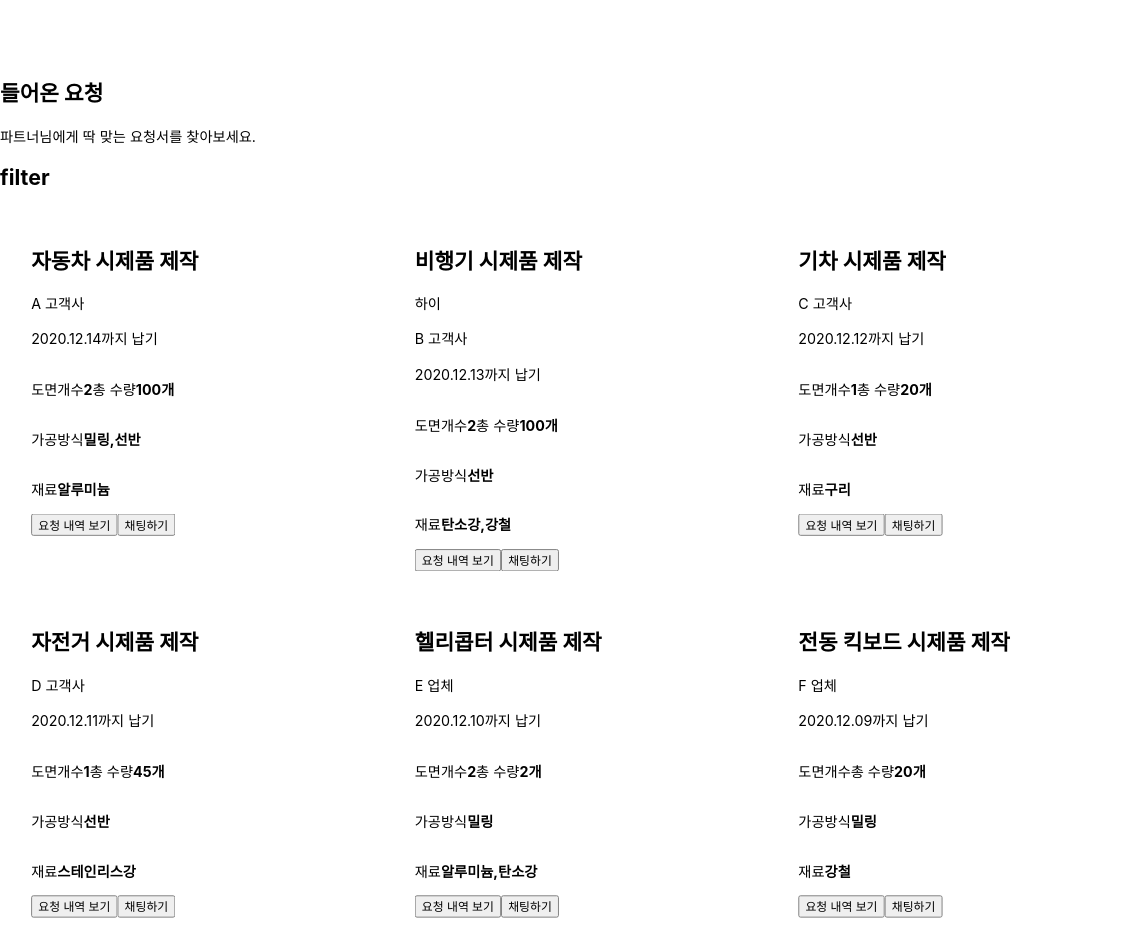
Repository: seoulsaram/capa
Page: /
These files come from the project's save history. The page is drawn as it stood at one moment and after the next save; the edit follows.
The browser window is 1280 px wide. The pictures show the whole page, at 89% of full size.
The project was rebuilt for these pictures with package versions that can differ from the ones it lists, and the page was loaded fresh each time. Requests to the local data server were answered from the project's data file. Also part of the build but not shown: src/App.css, src/components/filter/filter.module.css, src/components/item_container/item_container.module.css.

Above is the page before, as saved 2021-03-05 22:05:24.

### public/index.html
<!DOCTYPE html>
<html lang="en">
  <head>
    <meta charset="utf-8" />
    <link rel="icon" href="%PUBLIC_URL%/favicon.ico" />
    <meta name="viewport" content="width=device-width, initial-scale=1" />
    <meta name="theme-color" content="#000000" />
    <meta name="description" content="Web site created using create-react-app" />

    <title>React App</title>
  </head>
  <body>
    <noscript>You need to enable JavaScript to run this app.</noscript>
    <div id="root"></div>
  </body>
</html>

### src/index.js
import React from "react";
import ReactDOM from "react-dom";
import "./index.css";
import App from "./app";
import RequestInfo from "./service/request_info";

const requestInfo = new RequestInfo();

ReactDOM.render(
  <React.StrictMode>
    <App requestInfo={requestInfo} />
  </React.StrictMode>,
  document.getElementById("root")
);

### src/App.js
import "./app.css";
import Header from "./components/header/header";
import ItemContainer from "./components/item_container/item_container";
import RequestBox from "./components/request_box/request_box";

function App({ requestInfo }) {
  return (
    <div>
      <Header />
      <ItemContainer requestInfo={requestInfo} />
    </div>
  );
}

export default App;

### src/service/request_info.js
class RequestInfo {
  constructor() {
    this.getrequestOptions = {
      method: "GET",
    };
  }

  async getInfo() {
    const response = await fetch("http://localhost:3002/requests", this.getrequestOptions);
    const res = await response.json();
    return res;
  }
}

export default RequestInfo;

### src/components/header/header.js
import React, { memo } from "react";
import styles from "./header.module.css";

const Header = (props) => (
  <div className={styles.header}>
    <div className={styles.headerLeft}>
      <p>CAPA</p>
      <p>파트너스</p>
    </div>
    <div className={styles.headerRight}>
      <p>A가공업체</p>
      <div className={styles.line}></div>
      <p>로그아웃</p>
    </div>
  </div>
);

export default Header;

### src/components/item_container/item_container.js
import React, { useEffect, useState } from "react";
import Filter from "../filter/filter";
import RequestBox from "../request_box/request_box";
import styles from "./item_container.module.css";

const ItemContainer = ({ requestInfo }) => {
  const [reqInfo, setReqInfo] = useState([]);

  useEffect(() => {
    requestInfo.getInfo().then((info) => setReqInfo(info));
  }, [requestInfo]);

  return (
    <section className={styles.section}>
      <h2>들어온 요청</h2>
      <p>파트너님에게 딱 맞는 요청서를 찾아보세요.</p>
      <Filter reqInfo={reqInfo} />
      <RequestBox reqInfo={reqInfo} />
    </section>
  );
};

export default ItemContainer;

### src/components/request_box/request_box.jsx
import React from "react";
import styles from "./request_box.module.css";

const RequestBox = ({ reqInfo }) => {
  return (
    <ul className={styles.cards}>
      {reqInfo.map((info) => (
        <div key={info.id} className={styles.card}>
          <div className={styles.top}>
            <div className={styles.titleContainer}>
              <h2>{info.title}</h2>
              {info.status === "상담중" && <div>하이</div>}
            </div>
            <p>{info.client}</p>
            <p>{info.due}까지 납기</p>
          </div>
          <div className={styles.line}></div>
          <div className={styles.bottom}>
            <p>
              도면개수<b>{info.count}</b>총 수량<b>{info.amount}개</b>
            </p>
            <p>
              가공방식<b>{info.method.join(",")}</b>
            </p>
            <p>
              재료<b>{info.material.join(",")}</b>
            </p>
          </div>
          <div className={styles.btnContainer}>
            <button>요청 내역 보기</button>
            <button>채팅하기</button>
          </div>
        </div>
      ))}
    </ul>
  );
};

export default RequestBox;

// {
//     "id": 1,
//     "title": "자동차 시제품 제작",
//     "client": "A 고객사",
//     "due": "2020.12.14",
//     "count": 2,
//     "amount": 100,
//     "method": ["밀링", "선반"],
//     "material": ["알루미늄"],
//     "status": "대기중"
//   },

### src/components/header/header.module.css
@value MakeBlue from '../../common/color.css';

.header {
  display: flex;
  justify-content: space-between;
  padding: 5px 20px;
  background-color: MakeBlue;
  color: white;
}

.headerLeft {
  display: flex;
  align-items: center;
}

.headerRight {
  display: flex;
  align-items: center;
}

.line {
  width: 2px;
  height: 50%;
  background-color: white;
  margin: 0px 14px;
}

### src/components/filter/filter.js
import React from "react";
import styles from "./filter.module.css";

const Filter = ({ requestInfo }) => <h1>filter</h1>;

export default Filter;

### src/components/request_box/request_box.module.css
@value MakeBlue,MakeBlack,MakeLightBlue,MakeGrey,MakeLightGrey,MakeYellow from '../../common/color.css';
* {
  box-sizing: border-box;
}
.cards {
  display: flex;
  justify-content: space-between;
  flex-wrap: wrap;
  margin: 10px;
}

ul {
  margin: 0;
  padding: 0;
}

.card {
  width: 30%;
  border: 1px solid MakeLightGrey;
  border-radius: 3px;
  padding: 10px 15px;
  margin: 10px;
}

.card:hover {
  border: 1px solid MakeLightBlue;
}

.line {
  width: 90%;
  height: 1px;
  background-color: MakeLightGrey;
}

.bottom {
  display: flex;
  flex-direction: column;
}

### db.json
{
  "requests": [
    {
      "id": 1,
      "title": "자동차 시제품 제작",
      "client": "A 고객사",
      "due": "2020.12.14",
      "count": 2,
      "amount": 100,
      "method": ["밀링", "선반"],
      "material": ["알루미늄"],
      "status": "대기중"
    },
    {
      "id": 2,
      "title": "비행기 시제품 제작",
      "client": "B 고객사",
      "due": "2020.12.13",
      "count": 2,
      "amount": 100,
      "method": ["선반"],
      "material": ["탄소강", "강철"],
      "status": "상담중"
    },
    {
      "id": 3,
      "title": "기차 시제품 제작",
      "client": "C 고객사",
      "due": "2020.12.12",
      "count": 1,
      "amount": 20,
      "method": ["선반"],
      "material": ["구리"],
      "status": "대기중"
    },
    {
      "id": 4,
      "title": "자전거 시제품 제작",
      "client": "D 고객사",
      "due": "2020.12.11",
      "count": 1,
      "amount": 45,
      "method": ["선반"],
      "material": ["스테인리스강"],
      "status": "대기중"
    },
    {
      "id": 5,
      "title": "헬리콥터 시제품 제작",
      "client": "E 업체",
      "due": "2020.12.10",
      "count": 2,
      "amount": 2,
      "method": ["밀링"],
      "material": ["알루미늄", "탄소강"],
      "status": "대기중"
    },
    {
      "id": 6,
      "title": "전동 킥보드 시제품 제작",
      "client": "F 업체",
      "due": "2020.12.09",
      "docs": 1,
      "amount": 20,
      "method": ["밀링"],
      "material": ["강철"],
      "status": "대기중"
    }
  ]
}

Loaded but not shown: src/index.css (common file)

After the next save:
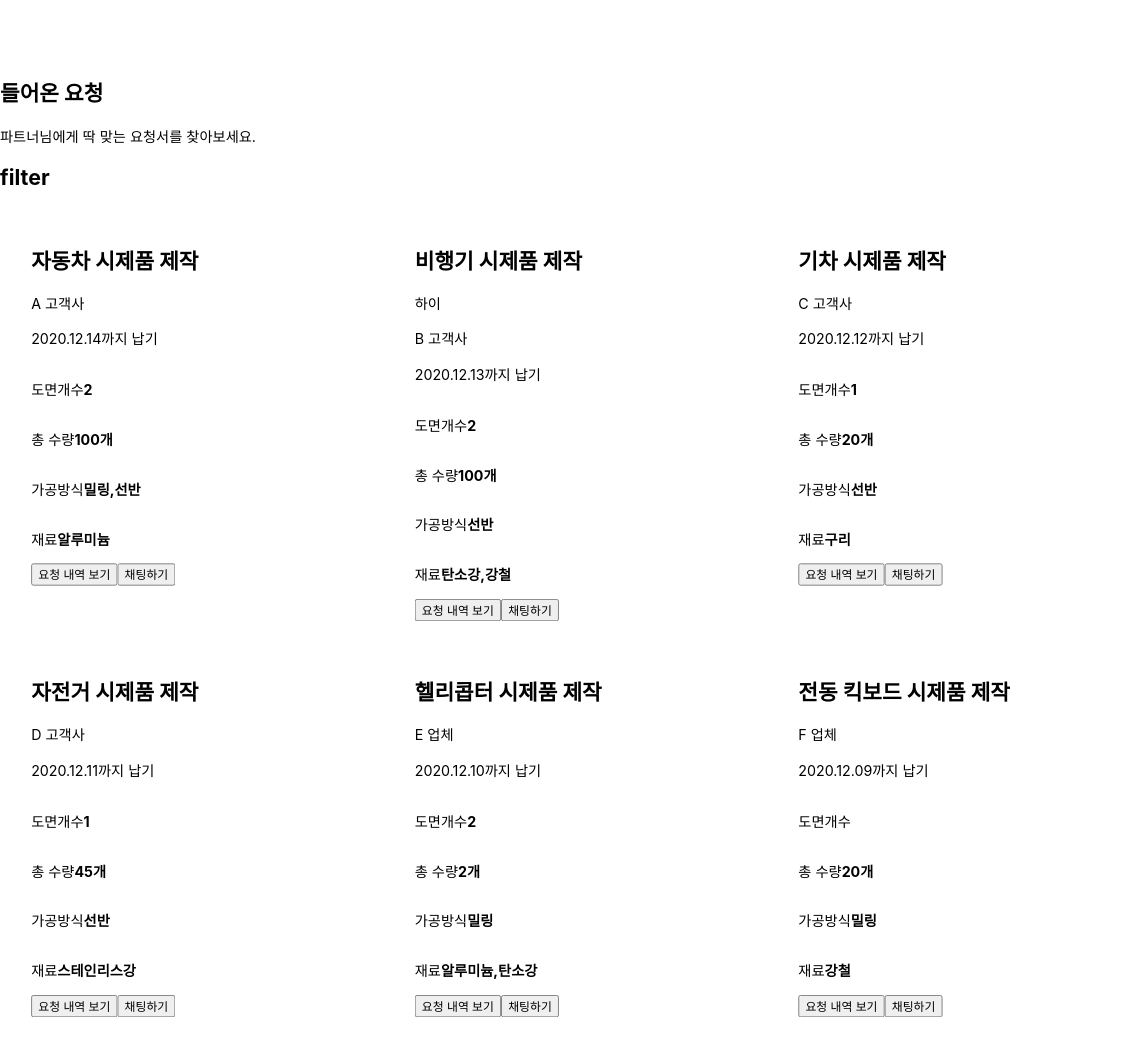
Saved 21 s later.
--- a/src/components/request_box/request_box.jsx
+++ b/src/components/request_box/request_box.jsx
@@ -17,7 +17,10 @@ const RequestBox = ({ reqInfo }) => {
           <div className={styles.line}></div>
           <div className={styles.bottom}>
             <p>
-              도면개수<b>{info.count}</b>총 수량<b>{info.amount}개</b>
+              도면개수<b>{info.count}</b>
+            </p>
+            <p>
+              총 수량<b>{info.amount}개</b>
             </p>
             <p>
               가공방식<b>{info.method.join(",")}</b>
